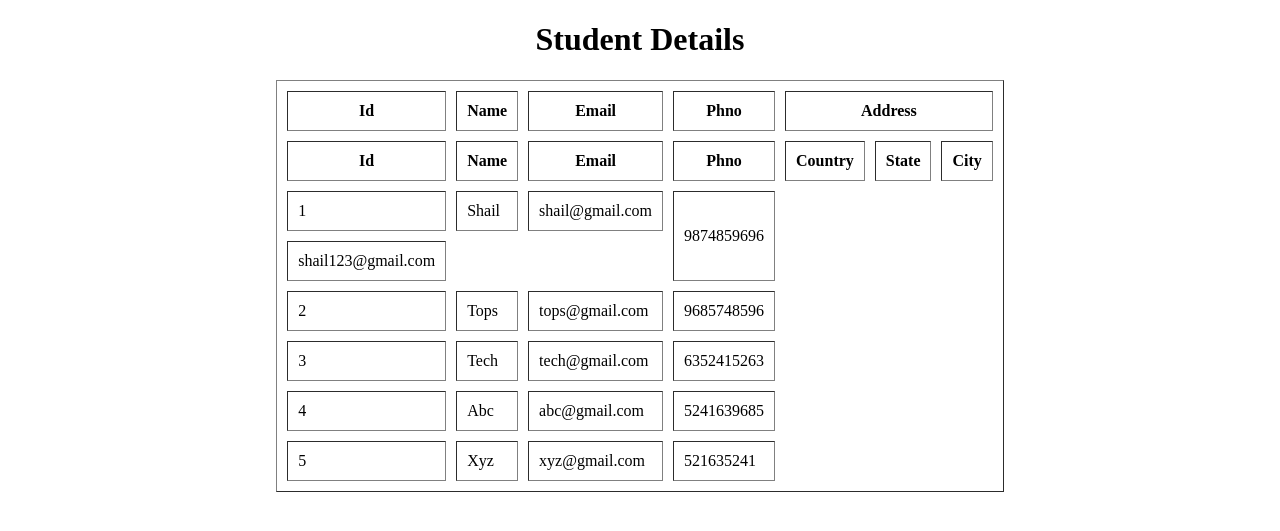
Repository: Chintan-elite/Java_Shail
Page: Learning_web/src/main/webapp/Table.html
An editor plug-in stored every save of this project. The page is shown before and after the next save, followed by the edit.
The browser window is 1280 px wide. The pictures show the whole page.

Above is the page before, as saved 2023-09-11 11:53:23.

After the next save:
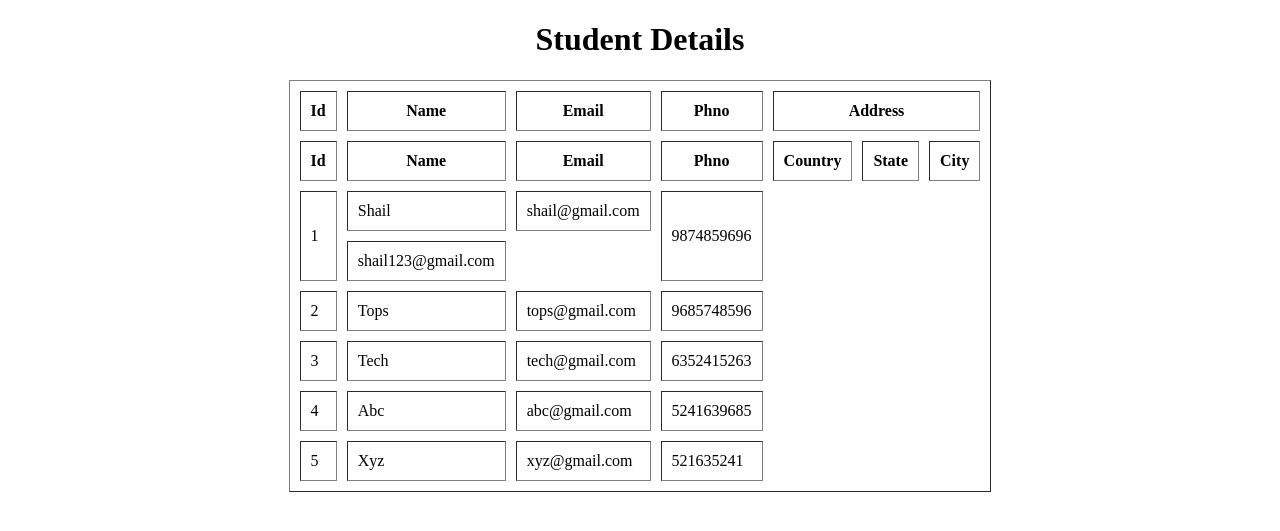
Saved 27 s later.
--- a/Learning_web/src/main/webapp/Table.html
+++ b/Learning_web/src/main/webapp/Table.html
@@ -27,7 +27,7 @@
 		</tr>
 
 		<tr>
-			<td >1</td>
+			<td rowspan="2">1</td>
 			<td>Shail</td>
 			<td>shail@gmail.com</td>
 			<td rowspan="2">9874859696</td>
